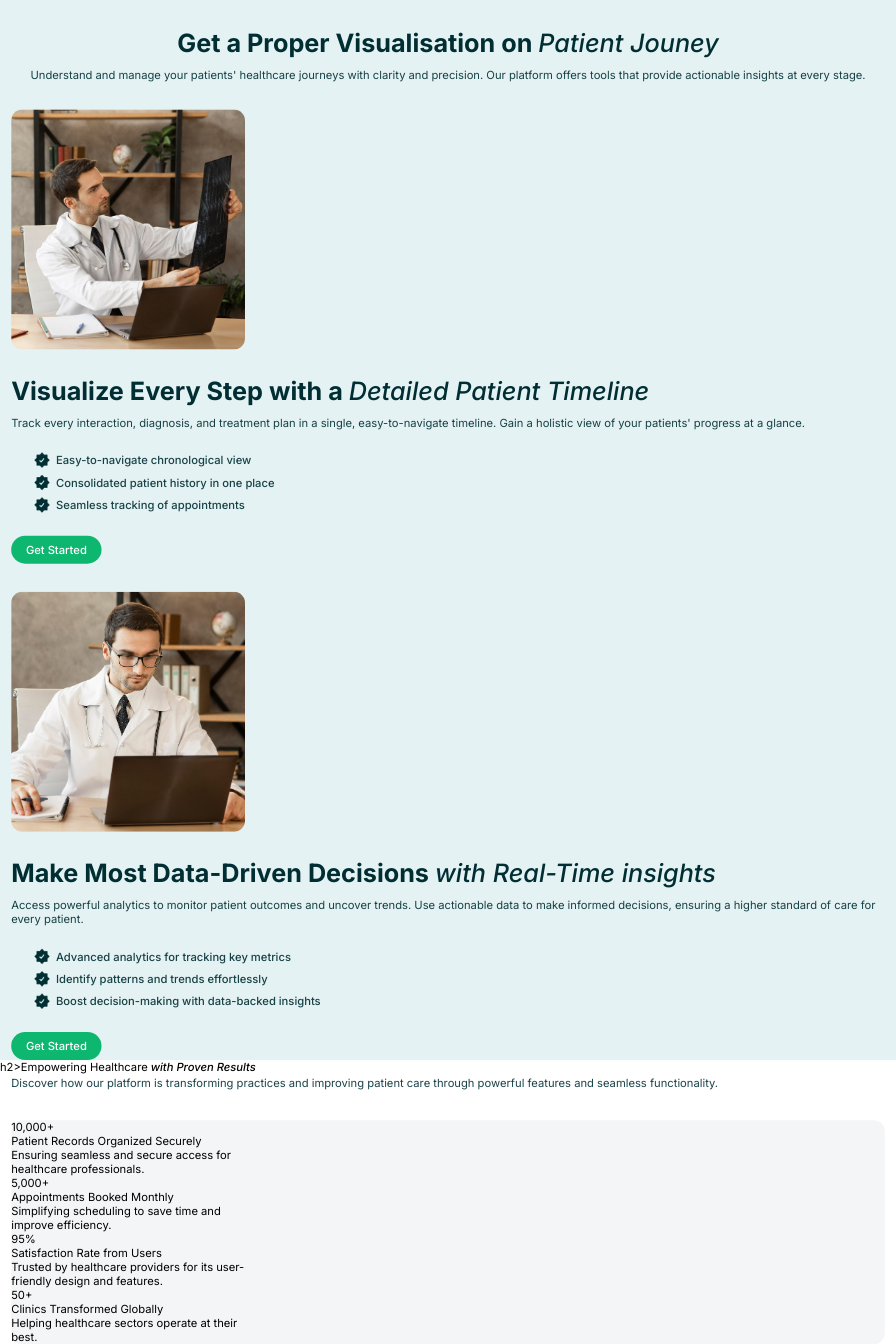
Repository: DiegoWWeege/recuperacao-prova-front-end
Page: index.html
The author's editor kept a copy of each file at every save. The page is drawn from the files as they stood at one save, then again after the next save.
The browser window is 1280 px wide. The pictures show the part of the page from y = 1436 to 3356 px (the page is 3356 px tall before and 3334 px after), at 70% of full size.

Above is the page before, as saved 2026-06-22 18:53:37.

### index.html
<!DOCTYPE html>
<html lang="pt-br">
<head>
    <meta charset="UTF-8">
    <meta name="viewport" content="width=device-width, initial-scale=1.0">
    <title>ERTIFY HEALTH</title>
    <link rel="stylesheet" href="style.css">
</head>
<body>

    <!--Cabeçalho da Lading Page-->

    <header>
        <img src="images/logo.png" alt="Ertify Health logo">

        <section>
        <button aria-label = "Get Started" class = "get-started-button">Get Started</button>

            <img src="icons/burguer-menu.png" alt="Burguer menu">
        </section>
    </header>

    <!--Conteúdo principal da Lading Page-->
    <main class = "hero-section">

        <section>
            <h1>Simple & Secure Patient <span>Management</span></h1>
            <!-- Foi dado um espaço na palavra &amp, pois quando junta apresentava erro no html!-->
            <p>CERTIFY’s platform automates intake & amp; check-in processes
            so you can put the focus back on delivering quality care.</p>
        </section>

        <section id = "buttons-section">
            <button  aria-label = "Get Started" class = "get-started-button">Get Started</button>
            <button aria-label = "Play demo" class = "play-demo-button">Play Demo</button>
        </section>

        <img src="images/three-doctors.png" alt="Three doctors">
    </main>



    <section class = "section-patient-journey">
        <h2>Get a Proper Visualisation on <span>Patient Jouney</span></h2>

        <p>Understand and  manage your patients' healthcare journeys with
            clarity and precision. Our platform offers tools that provide
            actionable insights at every stage.</p>


        <section class = "image-text-benefits">

            <img src="images/doctor-xray.png" alt="A doctor sitting in his desk looking at an x-ray">

            <h2>Visualize Every Step with a <span>Detailed Patient Timeline</span></h2>

            <p>Track every interaction, diagnosis, and treatment
                plan in a single, easy-to-navigate
                timeline. Gain a holistic view of your patients'
                progress at a glance.</p>

            <section class = "benefits-grid">

                <img src="icons/checkmark-badge-02.png" alt="">
                <p class = "benefit">Easy-to-navigate chronological view</p>

                <img src="icons/checkmark-badge-02.png" alt="">
                <p class = "benefit">Consolidated patient history in one place</p>

                <img src="icons/checkmark-badge-02.png" alt="">
                <p class = "benefit">Seamless tracking of appointments</p>

            </section>

            <button  aria-label = "Get Started" class = "get-started-button">Get Started</button>

        </section>

        <section class = "image-text-benefits">

            <img src="images/doctor-laptop.png" alt="A doctor sitting in his desk looking at an x-ray">

            <h2>Make Most Data-Driven Decisions <span>with Real-Time insights</span></h2>

            <p>Access powerful analytics to monitor patient outcomes
                and uncover trends. Use actionable data
                 to make informed decisions, ensuring a higher standard
                 of care for every patient.</p>

            <section class = "benefits-grid">

                <img src="icons/checkmark-badge-02.png" alt="">
                <p class = "benefit">Advanced analytics for tracking key metrics</p>

                <img src="icons/checkmark-badge-02.png" alt="">
                <p class = "benefit">Identify patterns and trends effortlessly</p>

                <img src="icons/checkmark-badge-02.png" alt="">
                <p class = "benefit">Boost decision-making with data-backed insights</p>

            </section>

            <button  aria-label = "Get Started" class = "get-started-button">Get Started</button>

        </section>

    </section>

    <section class = "section-empowering-healthcare">
        <section class = "main-text">
            h2>Empowering Healthcare<span> with Proven Results</span></h2>

        <p>Discover how our platform is transforming practices and improving
            patient care through powerful features and seamless functionality.</p>
        </section>

        <section class = "boxes-grid">
            <section class = "first-box">
                <p>10,000+</p>
                <p>Patient Records Organized Securely</p>

                <p>Ensuring seamless and secure access for healthcare professionals.</p>
            </section>

            <section class = "second-box">
                <p>5,000+</p>
                <p>Appointments Booked Monthly</p>

                <p>Simplifying scheduling to save time and improve efficiency.</p>
            </section>

            <section class = "third-box">
                <p>95%</p>
                <p>Satisfaction Rate from Users</p>

                <p>Trusted by healthcare providers for its user-friendly design and features.</p>
            </section>

            <section class = "fourth-box">
                <p>50+</p>
                <p>Clinics Transformed Globally</p>

                <p>Helping healthcare sectors operate at their best.</p>
            </section>
        </section>

    </section>
</body>
</html>

### style.css
@import url('https://fonts.googleapis.com/css2?family=Inter:ital,opsz,wght@0,14..32,100..900;1,14..32,100..900&family=Roboto:ital,wght@0,100..900;1,100..900&display=swap');

*{
    margin: 0px;
    padding: 0px;
    font-family: 'Inter', sans-serif;
}

img{
    object-fit: cover;
}

header{
    background-color: #012E33;
    width: 100vw;
    border-bottom: 1px solid #1A4347;
    display: grid;
    grid-template-columns: 1fr auto;
    align-items: center;
    padding: 1rem;
    box-sizing: border-box;
}

.get-started-button{
    background-color: #0EB770;
    color: white;
    font-size: 1rem;
    font-weight: 500;
    border-radius: 100px;
    height: 2.5rem;
    width: 8.063rem;
    border-style: none;
    justify-self: end;

}

header section{
    display: grid;
    grid-template-columns:auto auto;
    align-items: center;
    gap: 1rem;
}

.hero-section{
    background-color: #012E33;
    padding-top: 4.313rem;
    box-sizing: border-box;
}

.hero-section h1{
    font-family: "Inter" , sans-serif;
    font-size: 2.75rem;
    font-weight: 700;
    color: white;
    margin-bottom: 0.75rem;
    margin-left: 1.375rem;
    margin-right: 0.625rem;

}

.hero-section span{
    font-weight: 400;
    font-family: "Inter" , sans-serif;
    font-style: italic;
}

.hero-section p{
    color: rgba(255, 255, 255, 0.904);
    line-height: 1.625rem;
    margin-bottom: 4.313rem;
    margin-left: 1.375rem;
    margin-right: 0.625rem;
}

.hero-section #buttons-section button{
    width: 21.438rem;
    height: 3.5rem;
    margin-left: 1.375rem;
    margin-right: 0.625rem;
}

.hero-section #buttons-section .get-started-button{
    margin-bottom: 1rem;
}

.hero-section #buttons-section .play-demo-button{
    border: 1px solid #044046;
    border-radius: 100px;
    background: none;
    color: white;
    align-items: center;
    font-weight: 500;
    font-size: 16px;
}

.hero-section img{
    width: 100vw;
    margin-top: 2rem;
}

.section-patient-journey{
    background-color: #E4F2F3;
    padding-left: 1rem;
    padding-right: 1rem;
    padding-top: 3.75rem;
}

.section-patient-journey h2{
    font-family: "Inter" , sans-serif;
    font-weight: 700;
    font-size: 36px;
    line-height: 46px;
    color: #012E33;
    text-align: center;
}

.section-patient-journey span{
    font-weight: 500;
    font-style: italic;
}

.section-patient-journey p{
    color: #012e33e7;
    font-weight: 400;
    text-align: center;
    margin-top: 0.75rem;
}

.section-patient-journey img{
    height: 21.438rem;
    width: 20.875rem;
    border-radius: 1rem;
    margin-top: 2.5rem;
    margin-bottom: 2rem;
}

.section-patient-journey .image-text-benefits h2{
    text-align: start;
}

.section-patient-journey .image-text-benefits p{
    text-align:  start;
}

.image-text-benefits .benefits-grid{
    display: grid;
    grid-template-columns: auto 1fr;
    gap: 0.5rem;
    margin-top: 1.313rem;
    margin: 2rem;
}

.image-text-benefits .benefits-grid img{
    width: 1.5rem;
    height: 1.5rem;
    margin: 0px;

}

.image-text-benefits .benefits-grid p{
    margin: 0px;
    align-self: center;
    font-weight: 500;

}

.section-empowering-healthcare .main-text h1{
    margin-top: 3.75rem;
    margin-left: 1rem;
    margin-bottom: 0,75rem;
    font-family: "Inter" , sans-serif;
    font-weight: 700;
    line-height: 46px;
    font-size: 36px;
    color: #012E33;
}

.section-empowering-healthcare .main-text span{
    font-weight: 500;
    font-style: italic;
}

.section-empowering-healthcare .main-text p{
    margin-left: 1rem;
    font-family: "Inter" , sans-serif;
    font-weight: 400;
    font-size: 16px;
    line-height: 26px;
    color: #012E33E5;
    margin-bottom: 2.5rem;

}
.section-empowering-healthcare .boxes-grid{
    display: grid;
    grid-template-columns: 21.438rem;
    background-color: #F3F5F7;
    border-radius: 16px;
    margin-left: 1rem;
    margin-right: 1rem;


}

After the next save:
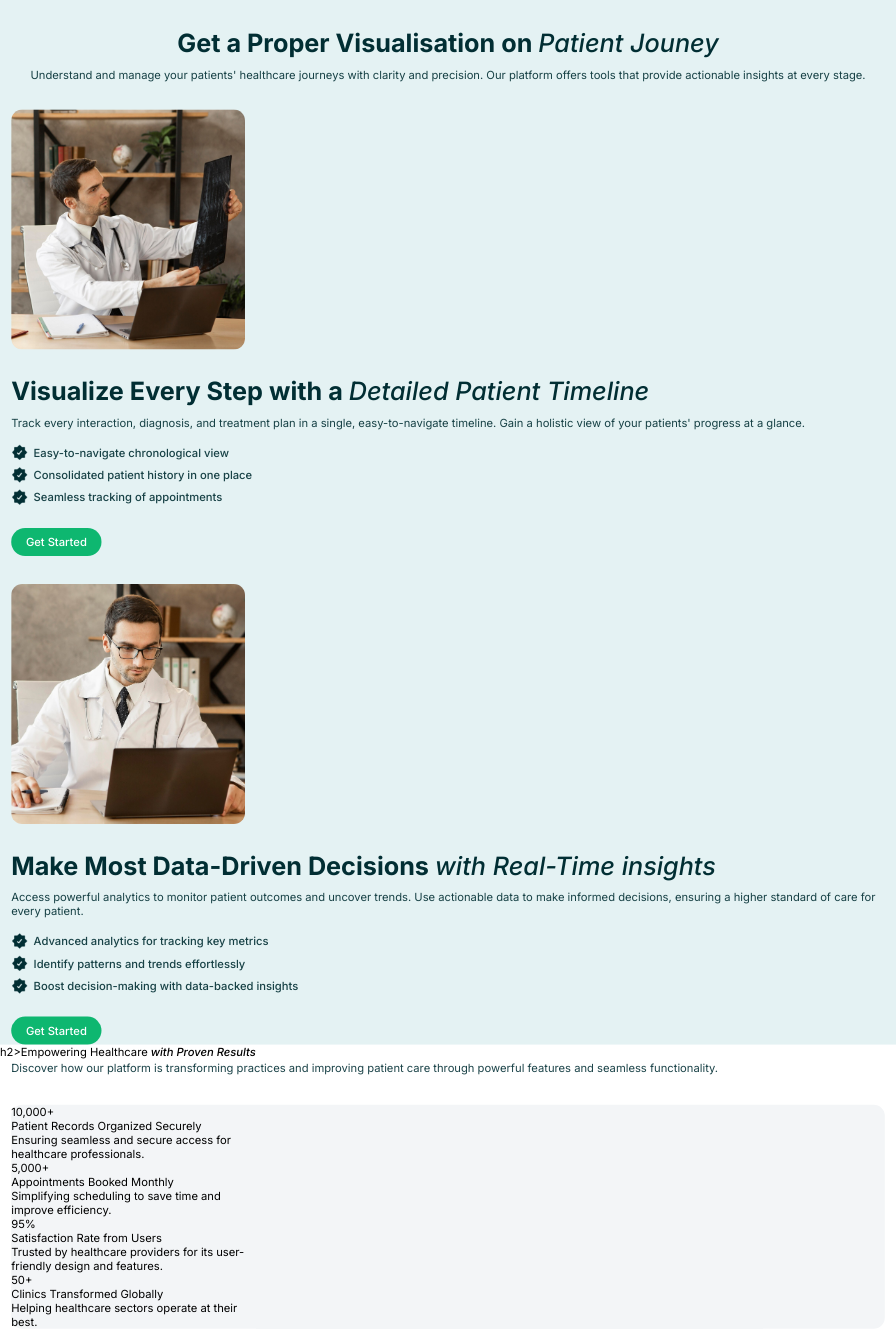
Saved 9 s later.
--- a/style.css
+++ b/style.css
@@ -147,7 +147,7 @@ header section{
     grid-template-columns: auto 1fr;
     gap: 0.5rem;
     margin-top: 1.313rem;
-    margin: 2rem;
+    margin-bottom: 2rem;
 }
 
 .image-text-benefits .benefits-grid img{
